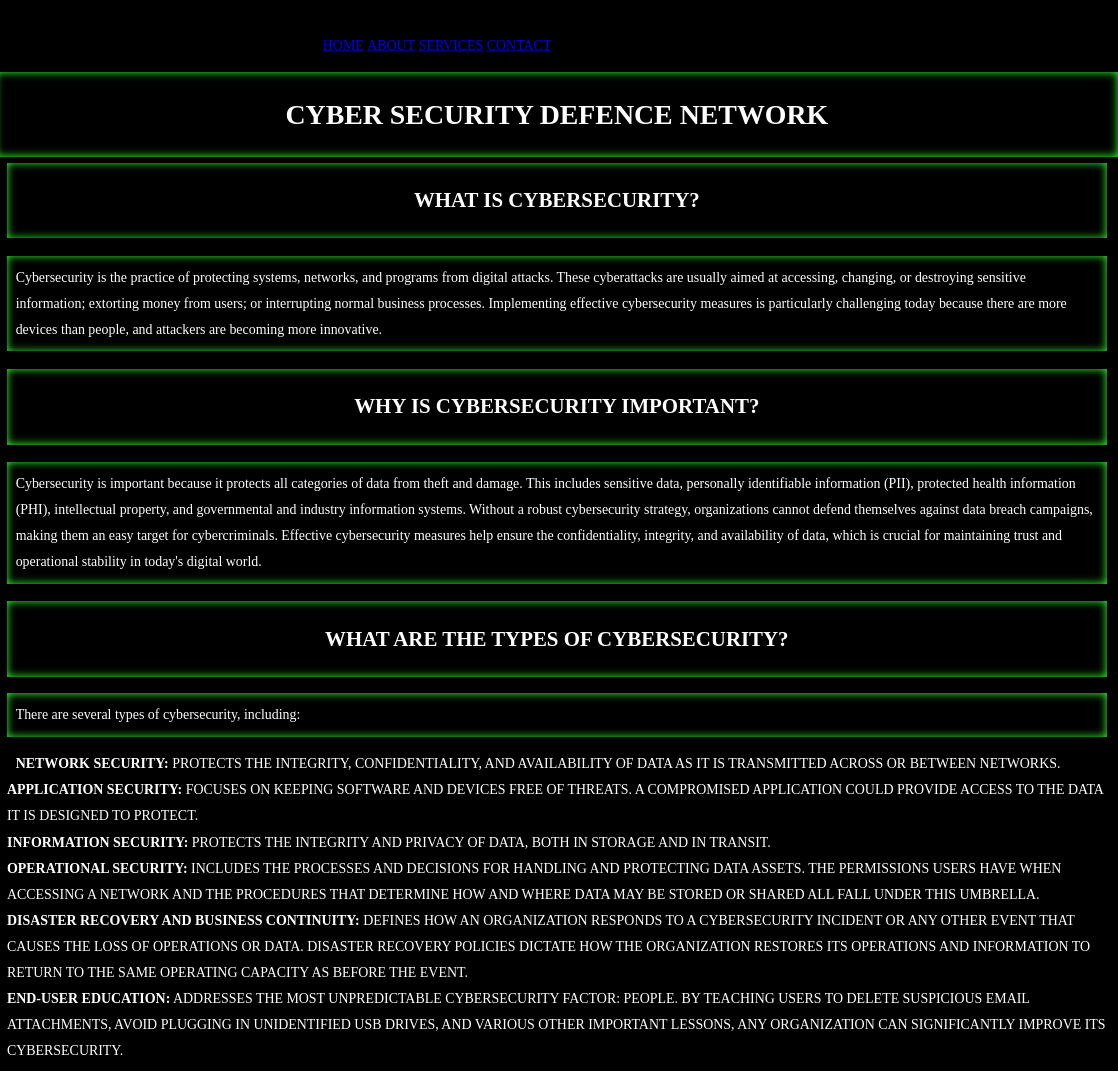
Repository: newworldhost/nwh
Page: index.html
An editor plug-in stored every save of this project. The page is shown before and after the next save, followed by the edit.
The browser window is 1280 px wide. The page is 1285 px wide, so the pictures cover 1285 px, including what lies to the right of the window. The pictures show the whole page, at 87% of full size.

Above is the page before, as saved 2025-03-04 15:54:59.

After the next save:
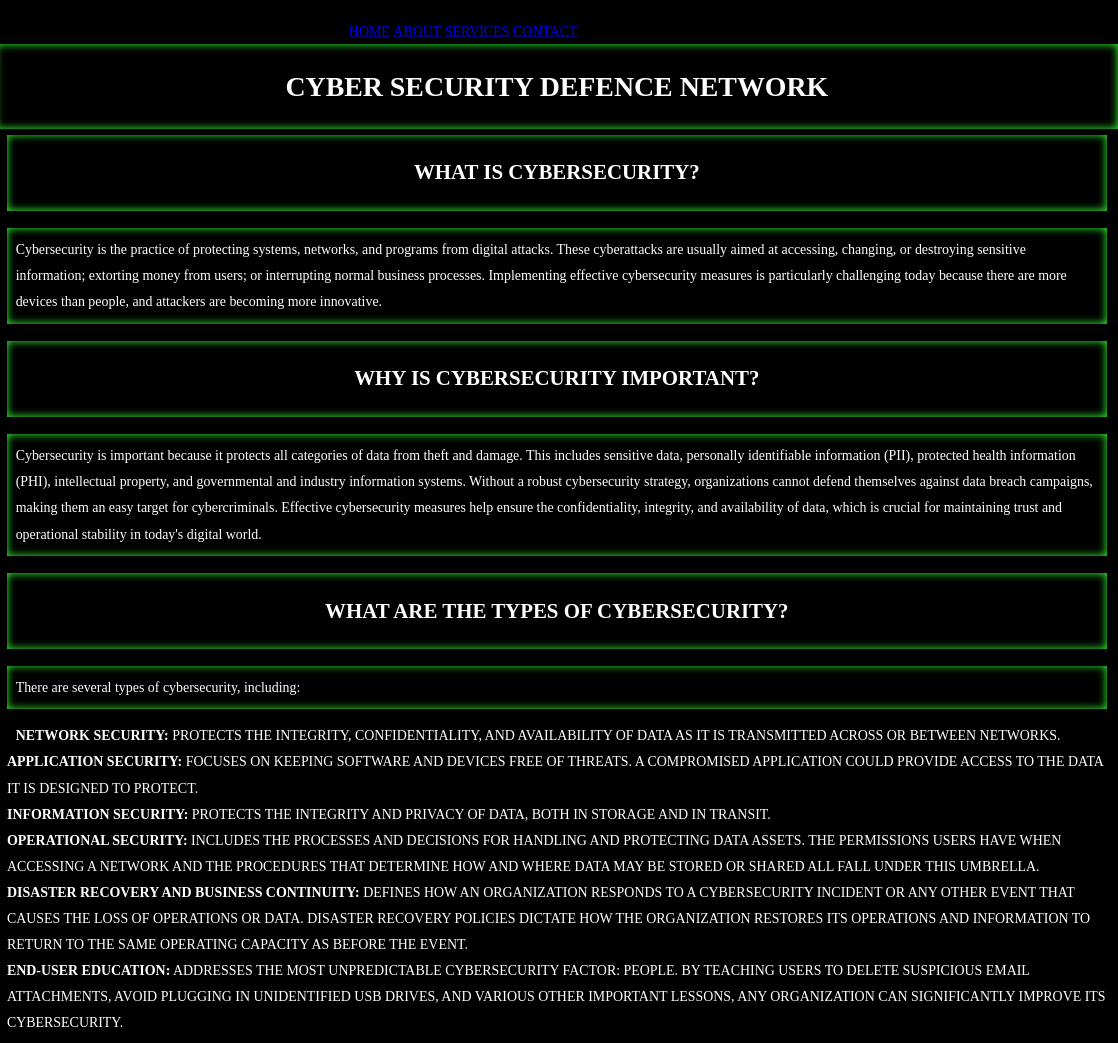
Saved 4 s later.
--- a/index.html
+++ b/index.html
@@ -12,7 +12,7 @@
 <body>
     <header>
         <nav>
-            <ul>
+            <ol>
                 <li><a href="index.html">Home</a></li>
                 <li><a href="about.html">About</a></li>
                 <li><a href="services.html">Services</a></li>
